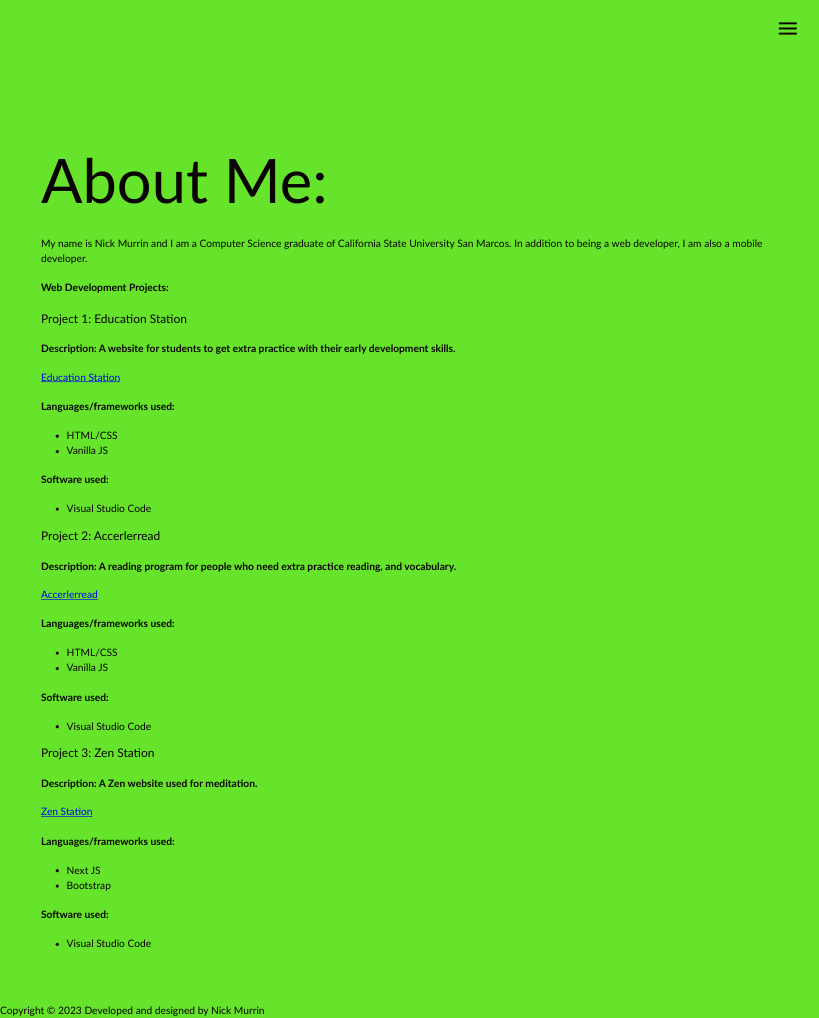
Repository: collegedude9300/modernport
Page: about.html
An editor plug-in stored every save of this project. The page is shown before and after the next save, followed by the edit.
The browser window is 1280 px wide. The pictures show the whole page, at 64% of full size.

Above is the page before, as saved 2023-06-26 22:02:15.

After the next save:
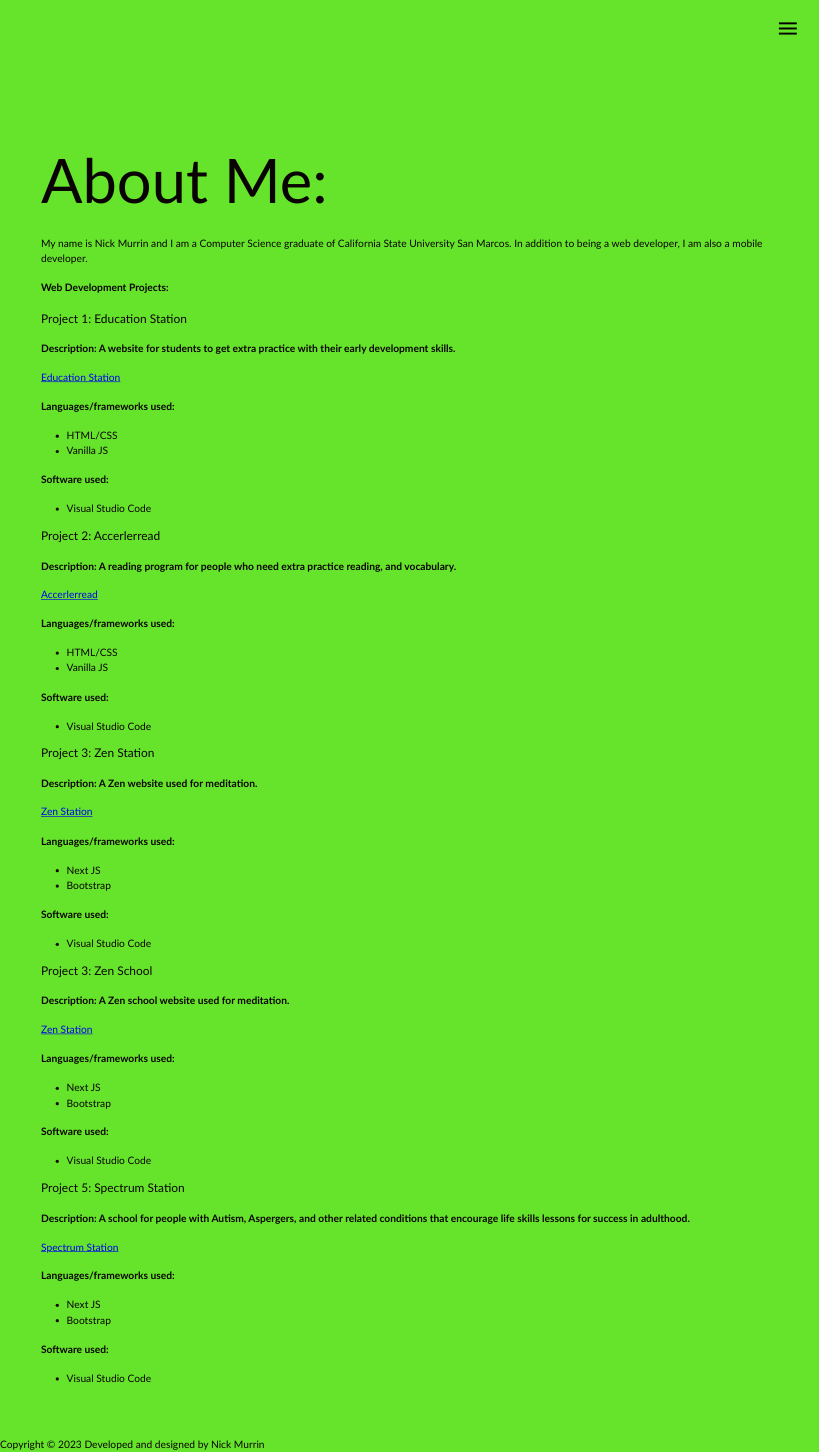
Saved 4 min 13 s later.
--- a/about.html
+++ b/about.html
@@ -97,6 +97,45 @@ About Me:
 <li> Visual Studio Code  </li>
 </ul>
       </div>
+
+      <div class="project4">
+        <h3>Project 3: Zen School</h3>
+        <h4>Description: A Zen school website used for meditation.</h4>
+        <a href="https://zenschool.vercel.app/"/> Zen Station </a>
+<h4> Languages/frameworks used: </h4>
+<ul>
+  <li>Next JS</li>
+  <li>Bootstrap</li>
+</ul>
+<h4> Software used: </h4>
+<ul>
+<li> Visual Studio Code  </li>
+</ul>
+      </div>
+
+
+      <div class="project5">
+        <h3>Project 5: Spectrum Station</h3>
+        <h4>Description: A school for people with Autism, Aspergers, and other related conditions that encourage life skills lessons for success in adulthood.</h4>
+        <a href="https://spectrumstation.vercel.app/"/> Spectrum Station </a>
+<h4> Languages/frameworks used: </h4>
+<ul>
+  <li>Next JS</li>
+  <li>Bootstrap</li>
+</ul>
+<h4> Software used: </h4>
+<ul>
+<li> Visual Studio Code  </li>
+</ul>
+      </div>
+
+
+
+
+
+
+
+
 </div>
 </div>
 </main>
